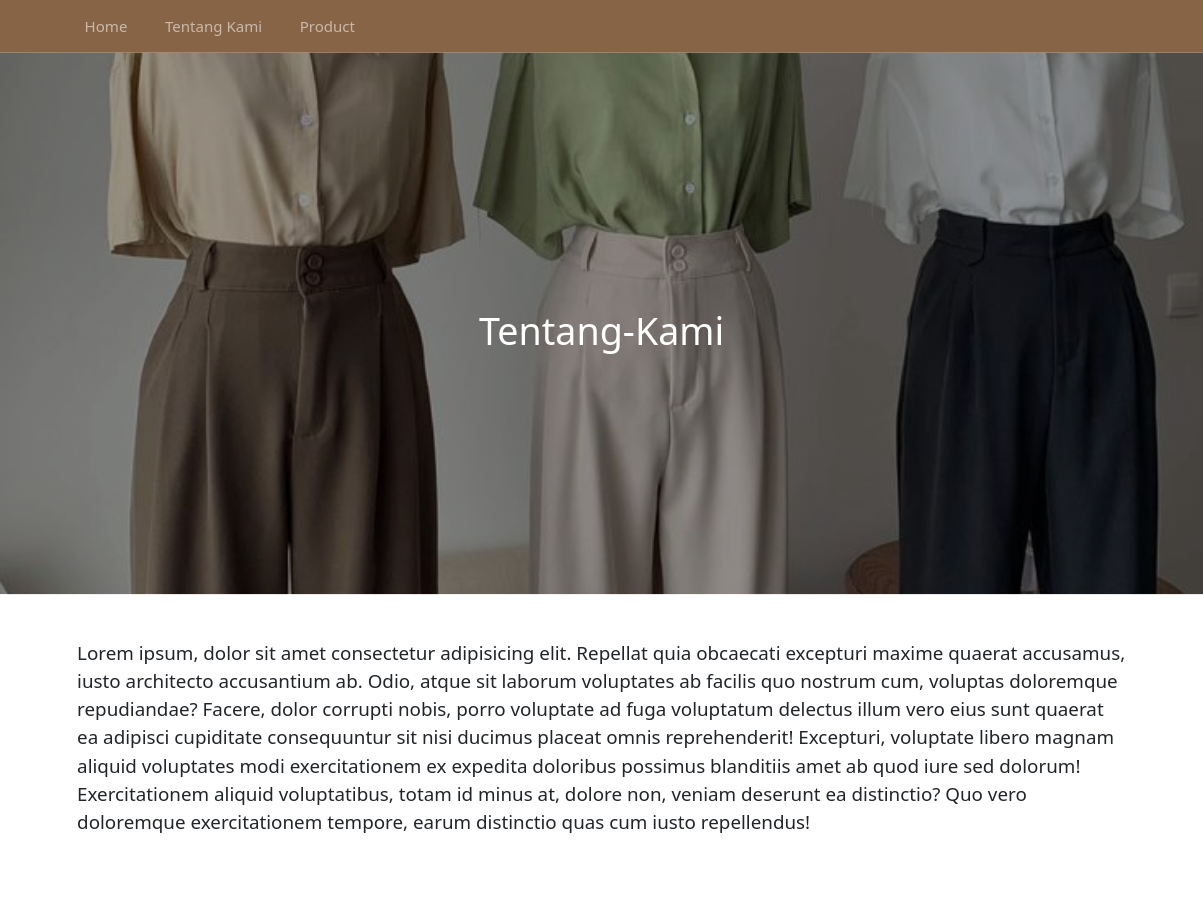
Repository: herman165/tugas_uas
Page: http://localhost/tentang_kami.php
These files come from the project's save history. The page is drawn as it stood at one moment and after the next save; the edit follows.
The browser window is 1280 px wide. The pictures show the whole page, at 94% of full size.
The page is run by PHP 8.4 with error messages shown; the project is at /var/www/html/.

Above is the page before, as saved 2024-12-12 04:30:15.

### tentang_kami.php

<!DOCTYPE html>
<html lang="en">
<head>
    <meta charset="UTF-8">
    <meta name="viewport" content="width=device-width, initial-scale=1.0">
    <title>Tentang Kami - Page</title>
    <link rel="stylesheet" href="bootstrap/css/bootstrap.min.css">
    <link rel="stylesheet" href="fontawesome/css/all.min.css">
    <link rel="stylesheet" href="css/style.css">
</head>
<body>
    <!-- navbar -->
     <?php require "navbar.php" ?>
     <!-- benner -->
     <div class="container-fluid banner d-flex align-items-center">
        <div class="container">
            <h1 class="mt-4 text-white text-center">Tentang-Kami</h1>
        </div>
     </div>
     <!-- main -->
      <div class="container-fluid py-5">
        <div class="container fs-5">
            <p>
                Lorem ipsum, dolor sit amet consectetur adipisicing elit. Repellat quia obcaecati excepturi maxime quaerat accusamus, iusto architecto accusantium ab. Odio, atque sit laborum voluptates ab facilis quo nostrum cum, voluptas doloremque repudiandae? Facere, dolor corrupti nobis, porro voluptate ad fuga voluptatum delectus illum vero eius sunt quaerat ea adipisci cupiditate consequuntur sit nisi ducimus placeat omnis reprehenderit! Excepturi, voluptate libero magnam aliquid voluptates modi exercitationem ex expedita doloribus possimus blanditiis amet ab quod iure sed dolorum! Exercitationem aliquid voluptatibus, totam id minus at, dolore non, veniam deserunt ea distinctio? Quo vero doloremque exercitationem tempore, earum distinctio quas cum iusto repellendus!
            </p>
        </div>
      </div>


    <script src="bootstrap/js/bootstrap.bundle.min.js"></script>
    <script src="fontawesome/js/all.min.js"></script>
</body>
</html>

### navbar.php
<!DOCTYPE html>
<html lang="en">
<head>
    <meta charset="UTF-8">
    <meta name="viewport" content="width=device-width, initial-scale=1.0">
    <title>Responsive Navbar</title>
     <link rel="stylesheet" href="bootstrap/css/bootstrap.min.css">

<style>

        /* Khusus tampilan HP */
        @media (max-width: 480px) {
            .navbar {
                background: linear-gradient(to right, #6a11cb, #2575fc); /* Gradient ungu ke biru */
                box-shadow: 0 4px 6px rgba(0, 0, 0, 0.3); /* Bayangan */
                border-radius: 5px; /* Membuat sudut melengkung */
            }

            .navbar-dark .nav-link {
                color: #ffffff;
                background-color: rgba(255, 255, 255, 0.2); /* Transparan putih */
                margin: 5px;
                padding: 10px;
                border-radius: 5px; /* Melengkung */
                text-align: center;
                transition: background-color 0.3s ease, color 0.3s ease;
            }

            .navbar-dark .nav-link:hover {
                background-color: rgba(255, 255, 255, 0.4); /* Lebih terang saat hover */
                color: #ffcc00; /* Warna kuning keemasan */
            }

            /* Tombol toggler */
            .navbar-dark .navbar-toggler {
                border: none;
                background-color: #ffffff; /* Putih */
                padding: 5px;
                border-radius: 3px; /* Melengkung */
            }

            .navbar-dark .navbar-toggler-icon {
                background-color: #6a11cb; /* Ungu */
                border-radius: 2px;
                width: 25px;
                height: 3px;
            }
        }

</style>

</head>
<body>
    <nav class="navbar navbar-expand-lg navbar-dark warna1">
        <div class="container">
            <button class="navbar-toggler" type="button" data-bs-toggle="collapse" data-bs-target="#navbarSupportedContent" aria-controls="navbarSupportedContent" aria-expanded="false" aria-label="Toggle navigation">
                <span class="navbar-toggler-icon"></span>
            </button>
            <div class="collapse navbar-collapse" id="navbarSupportedContent">
                <ul class="navbar-nav me-auto mb-2 mb-lg-0">
                    <li class="nav-item me-4 ">
                        <a class="nav-link " href="index.php">Home</a>
                    </li>
                    <li class="nav-item me-4 ">
                        <a class="nav-link" href="tentang_kami.php">Tentang Kami</a>
                    </li>
                    <li class="nav-item me-4 ">
                        <a class="nav-link" href="produk.php">Product</a>
                    </li>
                </ul>
            </div>
        </div>
    </nav>

    <script src="bootstrap/js/bootstrap.bundle.min.js"></script>
</body>
</html>

### css/style.css
.warna1 {
    background-color: #876445;
}
.warna2 {
    background-color: #CA965C;
}
.warna3 {
    background-color: #EEC373;
}
.warna4 {
    background-color: #F4DFBA;
}
.banner {
    height: 80vh; /* Mengisi seluruh tinggi layar */
    background: linear-gradient(rgba(0, 0, 0, 0.4), rgba(0, 0, 0, 0.4)), url('../image/benner\ new.jpg');
    background-size: cover; /* Memastikan gambar menutupi seluruh elemen */
    background-position: center; /* Memusatkan gambar */
    background-repeat: no-repeat; /* Mencegah gambar diulang */
}



@media (max-width: 768px) {
    .banner {
        height: 30vh;
    }
}
.highlighted-kategori{
    height: 250px;

}
.produk-terkait-image {
    height: 100%;
    width: 100%;
    object-fit: cover;
    object-position: center;

}
.no-decoration{
    text-decoration: none;
    color:white;
}
.no-decoration:hover {
    color: #EEC373;
}

.kategori-baju-pria {
  background: linear-gradient(rgba(0, 0, 0, 0.4), rgba(0, 0, 0, 0.4)), url('../image/baju\ pria.jpg');
  background-size: cover;
  background-position: center;
  background-repeat: no-repeat;
}
.kategori-baju-wanita {
  background: linear-gradient(rgba(0, 0, 0, 0.4), rgba(0, 0, 0, 0.4)), url('../image/baju\ wanita.jpg');
  background-size: cover;
  background-position: center;
  background-repeat: no-repeat;

}
.kategori-sepatu-pria {
  background: linear-gradient(rgba(0, 0, 0, 0.4), rgba(0, 0, 0, 0.4)), url('../image/Vans\ Old\ Skool\ Sneakers\ in\ Black_White\ _\ VN000D3HY28\ -\ Men\ 13_Wmn\ 14_5\ _\ Black.jpg');
  background-size: cover;
  background-position: center;
  background-repeat: no-repeat;
}
.kategori-jam-pria {
  background: linear-gradient(rgba(0, 0, 0, 0.4), rgba(0, 0, 0, 0.4)), url('../image/Kegllect\ Men\ Life\ Waterproof\ Quartz\ Watch\ Mens\ Large\ Dial\ Sport\ Wristwatch\ Jam\ Tangan\ Lelaki.jpg');
  background-size: cover;
  background-position: center;
  background-repeat: no-repeat;
}
.text-harga{
    font-size: 20px;
    color:#CA965C;
}
.image-box {
    height: 200px;
}
.image-box img{
    height: 100%;
    width: 100%;
    object-fit: cover;
    object-position: center;
}
.subscribe-content {
    background-color: rgba(0, 0, 0, 0.7);
}
.subscribe-content a {
    color: #fff
}
.bounce-icon {
    font-size: 50px;
    color: #fff;
    animation: wave 2s infinite;
}
@keyframes wave {
    0% {
        transform: translateX(0) translateY(0);
    }
    40% {
        transform: translateX(10px) translateY(-10px);
    }
    50% {
        transform: translateX(-10px) translateY(10px);
    }
    60% {
        transform: translateX(10px) translateY(10px);
    }
    80% {
        transform: translateX(-10px) translateY(-10px);
    }
    100% {
        transform: translateX(0) translateY(0);
    }
}

.layout {
    text-decoration: none;
}

Loaded but not shown: bootstrap/css/bootstrap.min.css (library); fontawesome/css/all.min.css (library); bootstrap/js/bootstrap.bundle.min.js (library)

After the next save:
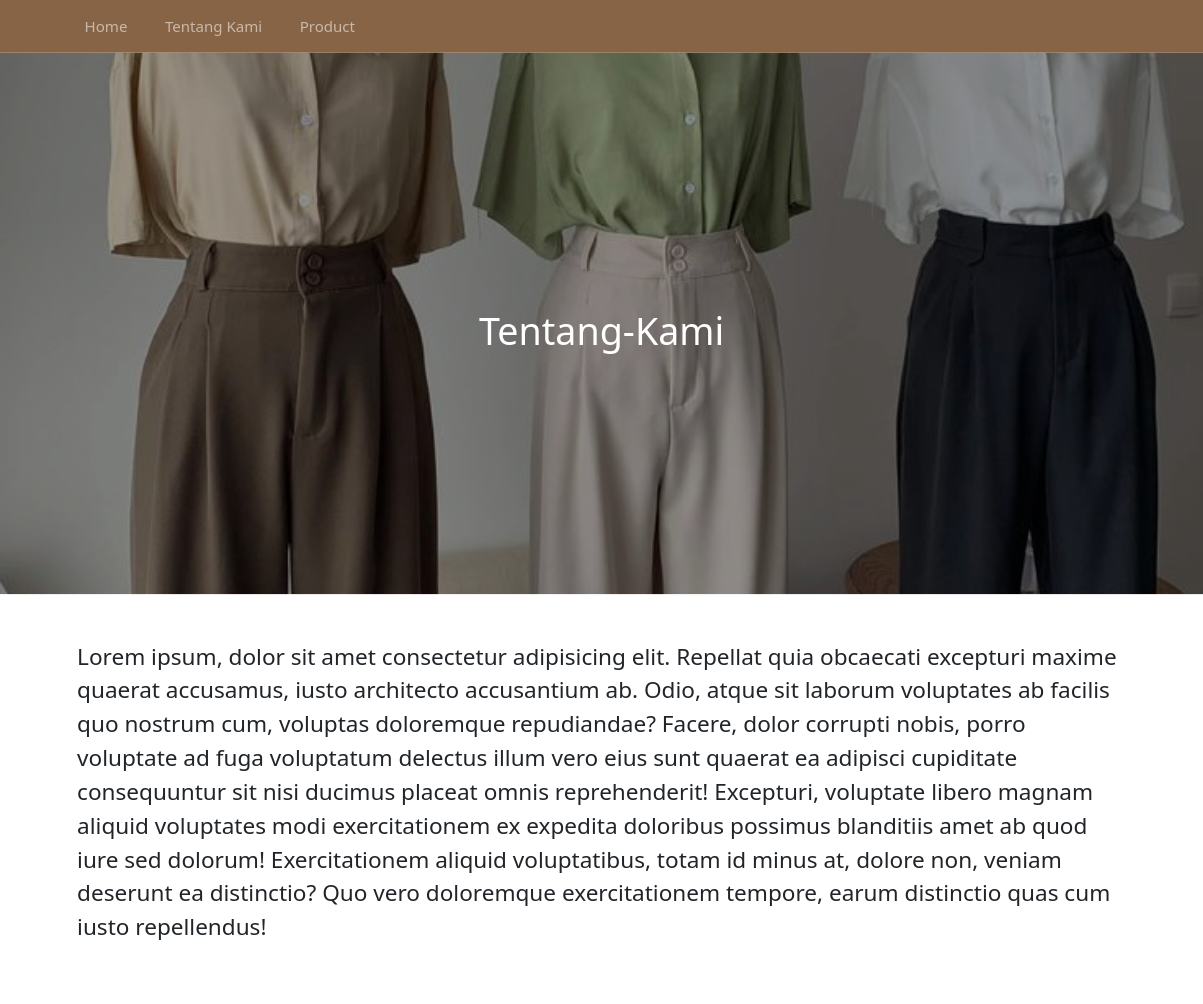
Saved 7 s later.
--- a/tentang_kami.php
+++ b/tentang_kami.php
@@ -20,7 +20,7 @@
      </div>
      <!-- main -->
       <div class="container-fluid py-5">
-        <div class="container fs-5">
+        <div class="container fs-4 ">
             <p>
                 Lorem ipsum, dolor sit amet consectetur adipisicing elit. Repellat quia obcaecati excepturi maxime quaerat accusamus, iusto architecto accusantium ab. Odio, atque sit laborum voluptates ab facilis quo nostrum cum, voluptas doloremque repudiandae? Facere, dolor corrupti nobis, porro voluptate ad fuga voluptatum delectus illum vero eius sunt quaerat ea adipisci cupiditate consequuntur sit nisi ducimus placeat omnis reprehenderit! Excepturi, voluptate libero magnam aliquid voluptates modi exercitationem ex expedita doloribus possimus blanditiis amet ab quod iure sed dolorum! Exercitationem aliquid voluptatibus, totam id minus at, dolore non, veniam deserunt ea distinctio? Quo vero doloremque exercitationem tempore, earum distinctio quas cum iusto repellendus!
             </p>
